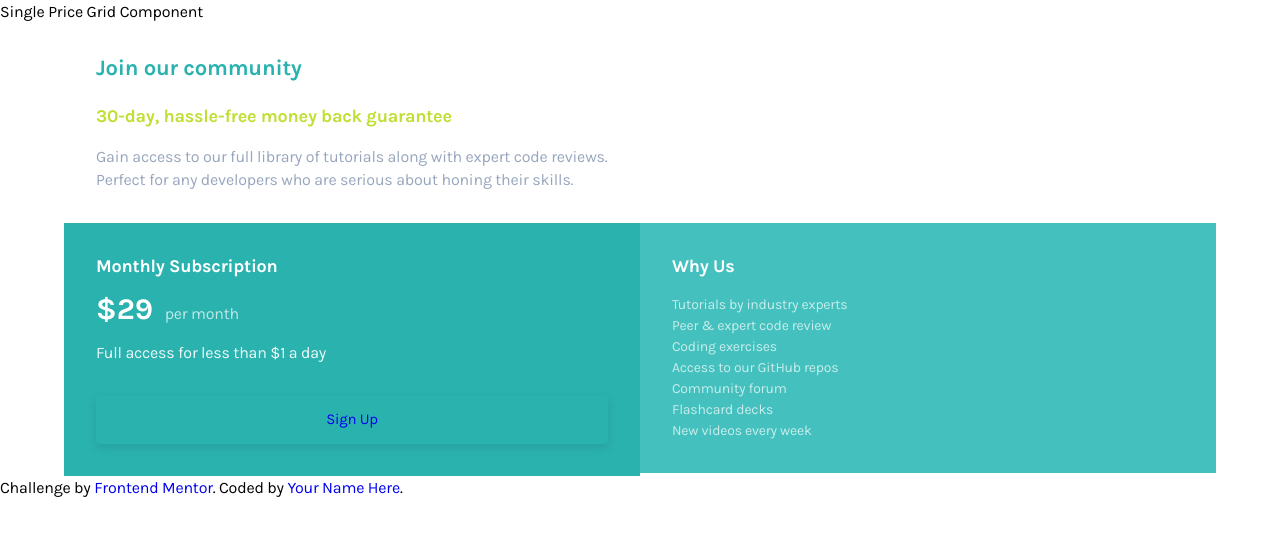
Repository: bangjuyoung/bangjuyoung
Page: practice/frontend-mentor/single-price-grid-component/index.html
An editor plug-in stored every save of this project. The page is shown before and after the next save, followed by the edit.
The browser window is 1280 px wide. The pictures show the whole page.

Above is the page before, as saved 2019-06-16 14:49:56.

After the next save:
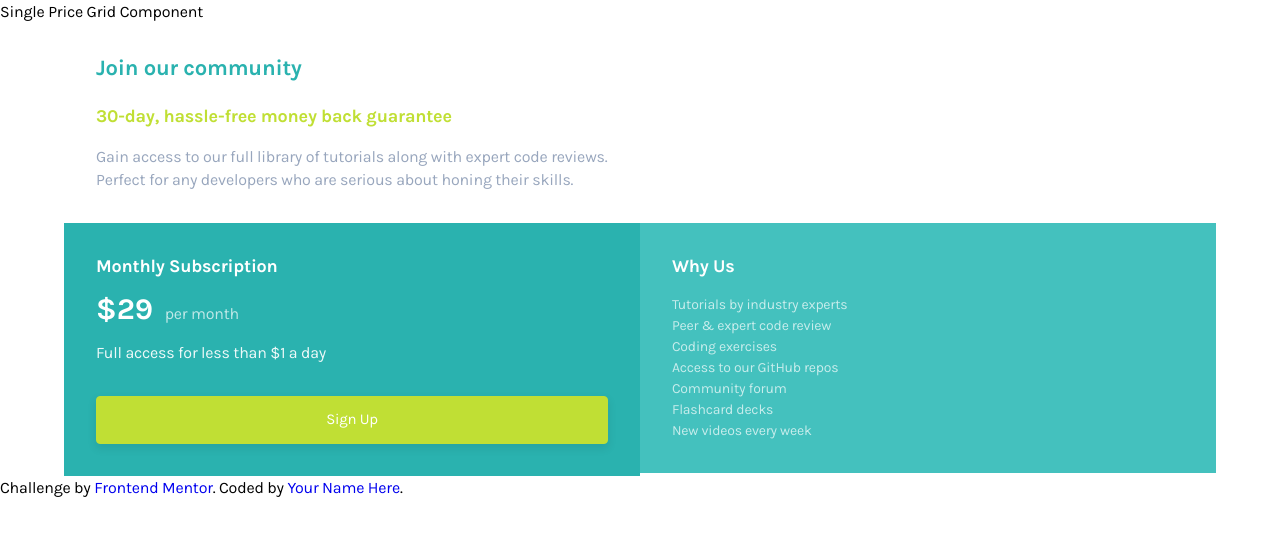
Saved 54 s later.
--- a/practice/frontend-mentor/single-price-grid-component/default.css
+++ b/practice/frontend-mentor/single-price-grid-component/default.css
@@ -129,6 +129,14 @@ body {
 /*
  * theme
  */
+
+.btn-secondary {
+    color: #fff;
+    background-color: hsl(71, 73%, 54%);
+    border-color: hsl(71, 73%, 54%);
+    ;
+}
+
 .theme-primary {
     color: rgba(255, 255, 255, 0.92);
     background-color: hsl(179, 62%, 43%);
